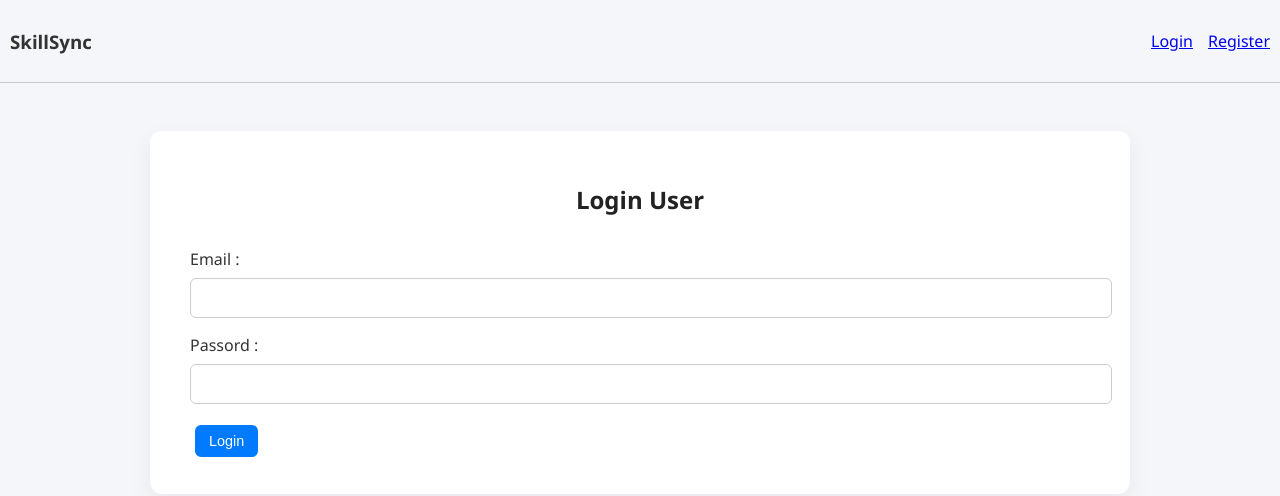
Repository: bharathabhi46/SkillSync-FrontEnd
Page: /UserList
The author's editor kept a copy of each file at every save. The page is drawn from the files as they stood at one save, then again after the next save.
The browser window is 1280 px wide. The pictures show the whole page.
The project was rebuilt for these pictures with package versions that can differ from the ones it lists, and the page was loaded fresh each time. Also part of the build but not shown: vite.config.js, src/Components/CreateUser/CreateUser.jsx, src/Components/UserList/UserList.jsx, src/Components/EditUser/EditUser.jsx, src/Components/RegisterUser/RegisterUser.jsx, src/Components/Home/Home.jsx.

Above is the page before, as saved 2025-06-28 10:35:01.

### src/main.jsx
import { StrictMode } from "react";
import { createRoot } from "react-dom/client";
import { BrowserRouter } from "react-router-dom";
import App from "./App.jsx";

createRoot(document.getElementById("root")).render(
  <BrowserRouter>
    <App />
  </BrowserRouter>
);

### src/App.jsx
import React from "react";
import CreateUser from "./Components/CreateUser/CreateUser";
import UserList from "./Components/UserList/UserList";
import EditUser from "./Components/EditUser/EditUser";
import { Route, Routes } from "react-router-dom";
import RegisterUser from "./Components/RegisterUser/RegisterUser";
import LoginUser from "./Components/LoginUser/LoginUser";
import "./App.css";
import PrivateAuth from "./Components/PrivateAuth/PrivateAuth";
import NavBar from "./Components/NavBar/NavBar";
import Home from "./Components/Home/Home";
const App = () => {
  return (
    <>
      <NavBar />
      <Routes>
        <Route path="/" element={<Home />} />
        <Route
          path="/UserList"
          element={
            <PrivateAuth>
              <UserList />
            </PrivateAuth>
          }
        />
        <Route
          path="/EditUser/:id"
          element={
            <PrivateAuth>
              <EditUser />
            </PrivateAuth>
          }
        />
        <Route
          path="/CreateUser"
          element={
            <PrivateAuth>
              <CreateUser />
            </PrivateAuth>
          }
        />
        <Route path="/RegisterUser" element={<RegisterUser />} />
        <Route path="/LoginUser" element={<LoginUser />} />
      </Routes>
    </>
  );
};

export default App;

### src/Components/LoginUser/LoginUser.jsx
import React, { useState } from "react";
import { useNavigate } from "react-router-dom";

const LoginUser = () => {
  let navigate = useNavigate();
  let url = "http://localhost:8080/api/users/auth/login";
  let [loginUser, setLoginUser] = useState({
    email: "",
    password: "",
  });
  function handleOnChange(e) {
    setLoginUser((prevState) => ({
      ...prevState,
      [e.target.name]: e.target.value,
    }));
  }
  async function handleSubmit(e) {
    e.preventDefault();
    try {
      let data = await fetch(url, {
        method: "POST",
        headers: {
          "Content-Type": "application/json",
        },
        body: JSON.stringify(loginUser),
      });
      setLoginUser({
        email: "",
        password: "",
      });
      alert("Login Successful");
      localStorage.setItem("userEmail", LoginUser.email);
      let user = await data.json();
      localStorage.setItem("user", JSON.stringify(user));
      navigate("/");
    } catch (err) {
      console.log("Error : ", err);
      alert("Failed to Login");
    }
  }
  return (
    <div className="container">
      <h2>Login User</h2>
      <form onSubmit={handleSubmit}>
        <label>Email : </label>
        <input
          type="email"
          name="email"
          value={loginUser.email}
          onChange={handleOnChange}
        />
        <label>Passord : </label>
        <input
          type="password"
          name="password"
          value={loginUser.password}
          onChange={handleOnChange}
        />
        <button type="submit">Login</button>
      </form>
    </div>
  );
};

export default LoginUser;

### src/App.css
/* App.css */

body {
  font-family: "Segoe UI", Roboto, sans-serif;
  background: #f4f6f9;
  margin: 0;
  padding: 0;
  color: #333;
}

.container {
  width: 90%;
  max-width: 900px;
  margin: 3rem auto;
  background: #ffffff;
  padding: 2rem 2.5rem;
  border-radius: 12px;
  box-shadow: 0 8px 24px rgba(0, 0, 0, 0.06);
}

h2 {
  text-align: center;
  margin-bottom: 2rem;
  color: #222;
}

table {
  width: 100%;
  border-collapse: collapse;
  margin-bottom: 2rem;
  background-color: #fff;
  border-radius: 8px;
  overflow: hidden;
  margin-bottom: 10px;
}

th {
  background-color: #007bff;
  color: white;
  padding: 12px;
  text-align: left;
}

td {
  padding: 12px;
  border-bottom: 1px solid #eaeaea;
}

tr:hover {
  background-color: #f1f1f1;
}

button {
  background: #007bff;
  color: white;
  padding: 8px 14px;
  border: none;
  border-radius: 6px;
  cursor: pointer;
  font-size: 0.9rem;
  margin: 5px;
}

button:hover {
  background: #0056b3;
}

input {
  width: 100%;
  padding: 10px;
  margin-bottom: 1rem;
  border: 1px solid #ccc;
  border-radius: 6px;
  font-size: 1rem;
}

label {
  display: block;
  font-weight: 500;
  margin-bottom: 0.5rem;
}

### src/Components/PrivateAuth/PrivateAuth.jsx
import React from "react";
import { Navigate, useNavigate } from "react-router-dom";
const PrivateAuth = ({ children }) => {
  const isLoggedIn = localStorage.getItem("userEmail") !== null;
  return isLoggedIn ? children : <Navigate to={"/LoginUser"} />;
};

export default PrivateAuth;

### src/Components/NavBar/NavBar.jsx
import React from "react";
import { Link, useNavigate } from "react-router-dom";

const Navbar = () => {
  const navigate = useNavigate();
  const user = JSON.parse(localStorage.getItem("user"));
  console.log(user !== null);
  const handleLogout = () => {
    localStorage.removeItem("user");
    navigate("/LoginUser");
  };

  return (
    <nav
      style={{
        display: "flex",
        justifyContent: "space-between",
        padding: "10px",
        borderBottom: "1px solid #ccc",
      }}
    >
      <h3>SkillSync</h3>
      <div style={{ display: "flex", gap: "15px", alignItems: "center" }}>
        {user ? (
          <>
            <span>
              Welcome, <strong>{user.name}</strong> 👋
            </span>
            <Link to="/UserList">Users</Link>
            <Link to="/CreateUser">Create</Link>
            <button onClick={handleLogout}>Logout</button>
          </>
        ) : (
          <>
            <Link to="/LoginUser">Login</Link>
            <Link to="/RegisterUser">Register</Link>
          </>
        )}
      </div>
    </nav>
  );
};

export default Navbar;

Loaded but not shown: index.html (common file)

After the next save:
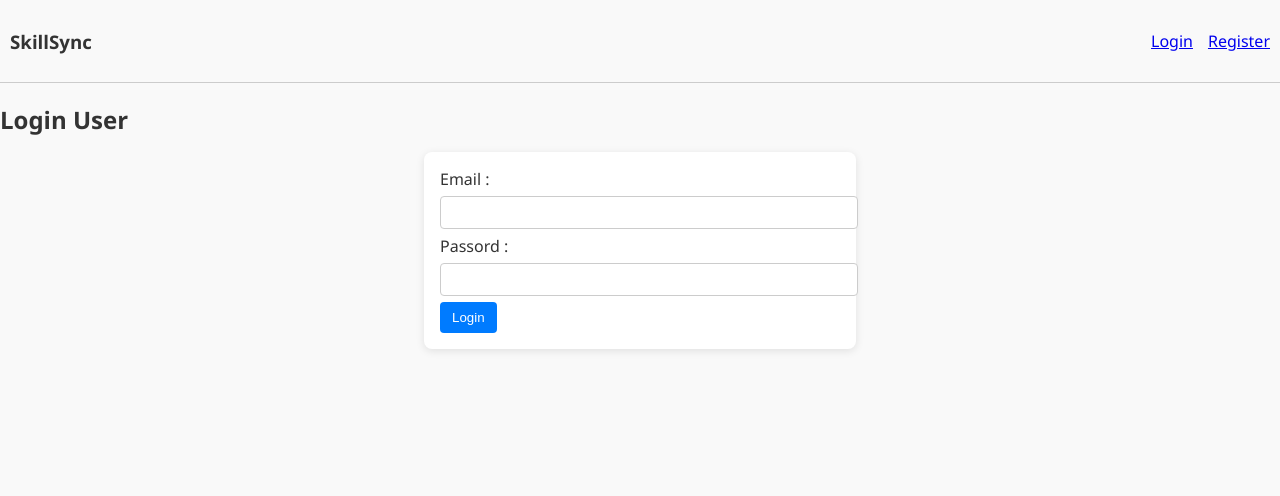
Saved 3 h 11 min later.
--- a/src/App.css
+++ b/src/App.css
@@ -1,81 +1,58 @@
-/* App.css */
-
 body {
-  font-family: "Segoe UI", Roboto, sans-serif;
-  background: #f4f6f9;
   margin: 0;
-  padding: 0;
+  font-family: "Segoe UI", sans-serif;
+  background-color: #f9f9f9;
   color: #333;
 }
 
-.container {
-  width: 90%;
-  max-width: 900px;
-  margin: 3rem auto;
-  background: #ffffff;
-  padding: 2rem 2.5rem;
-  border-radius: 12px;
-  box-shadow: 0 8px 24px rgba(0, 0, 0, 0.06);
+h2 {
+  color: #333;
+  margin-bottom: 1rem;
 }
 
-h2 {
-  text-align: center;
-  margin-bottom: 2rem;
-  color: #222;
+button {
+  background-color: #007bff;
+  color: white;
+  border: none;
+  padding: 8px 12px;
+  cursor: pointer;
+  border-radius: 4px;
+}
+
+button:hover {
+  background-color: #0056b3;
+}
+
+input,
+select {
+  padding: 8px;
+  margin: 6px 0;
+  border: 1px solid #ccc;
+  border-radius: 4px;
+  width: 100%;
+}
+
+form {
+  max-width: 400px;
+  margin: auto;
+  padding: 1rem;
+  background: white;
+  box-shadow: 0 2px 8px rgba(0, 0, 0, 0.1);
+  border-radius: 8px;
 }
 
 table {
   width: 100%;
+  background-color: white;
   border-collapse: collapse;
-  margin-bottom: 2rem;
-  background-color: #fff;
+  box-shadow: 0 2px 8px rgba(0, 0, 0, 0.1);
   border-radius: 8px;
   overflow: hidden;
-  margin-bottom: 10px;
 }
 
-th {
-  background-color: #007bff;
-  color: white;
+th,
+td {
   padding: 12px;
   text-align: left;
+  border-bottom: 1px solid #ddd;
 }
-
-td {
-  padding: 12px;
-  border-bottom: 1px solid #eaeaea;
-}
-
-tr:hover {
-  background-color: #f1f1f1;
-}
-
-button {
-  background: #007bff;
-  color: white;
-  padding: 8px 14px;
-  border: none;
-  border-radius: 6px;
-  cursor: pointer;
-  font-size: 0.9rem;
-  margin: 5px;
-}
-
-button:hover {
-  background: #0056b3;
-}
-
-input {
-  width: 100%;
-  padding: 10px;
-  margin-bottom: 1rem;
-  border: 1px solid #ccc;
-  border-radius: 6px;
-  font-size: 1rem;
-}
-
-label {
-  display: block;
-  font-weight: 500;
-  margin-bottom: 0.5rem;
-}
